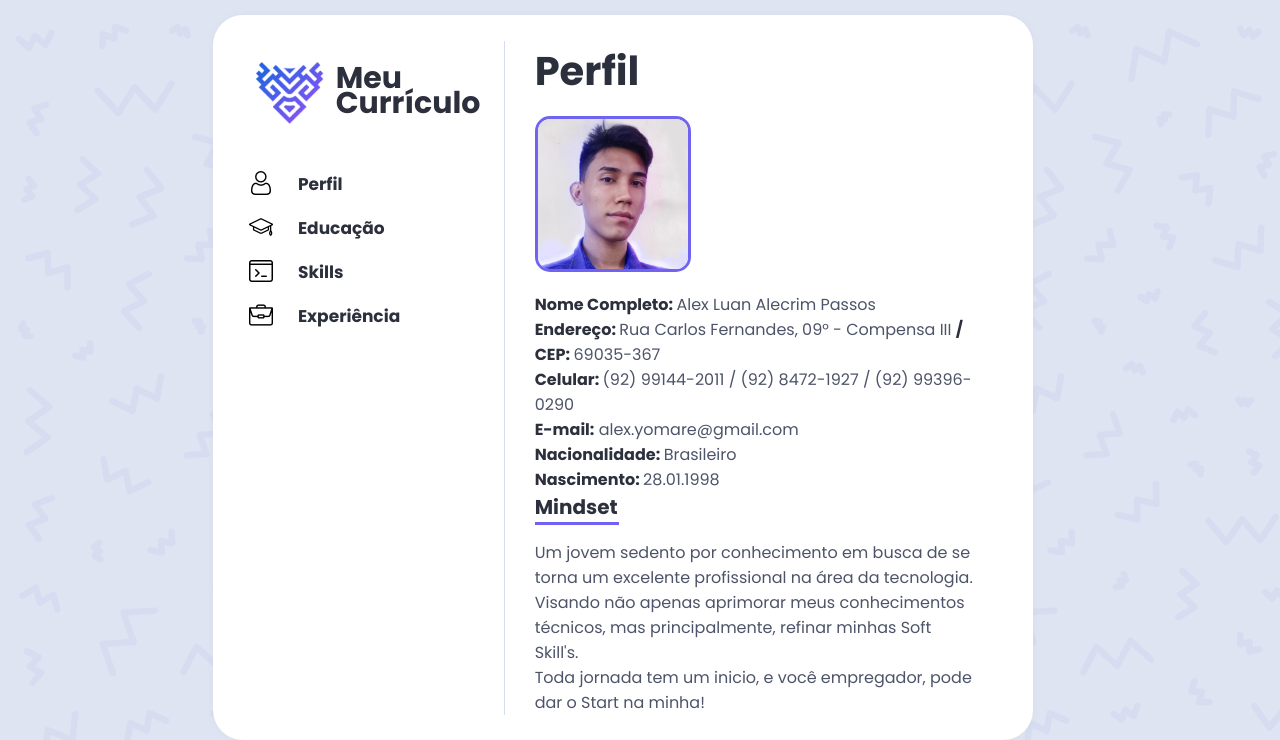
Repository: 4lex-passos/MeuPrimeiroSite
Page: index.html
An editor plug-in stored every save of this project. The page is shown before and after a run of saves, followed by the edit.
The browser window is 1280 px wide. The pictures show the whole page.

Above is the page before, as saved 2020-10-02 16:30:42.

After the next 4 saves:
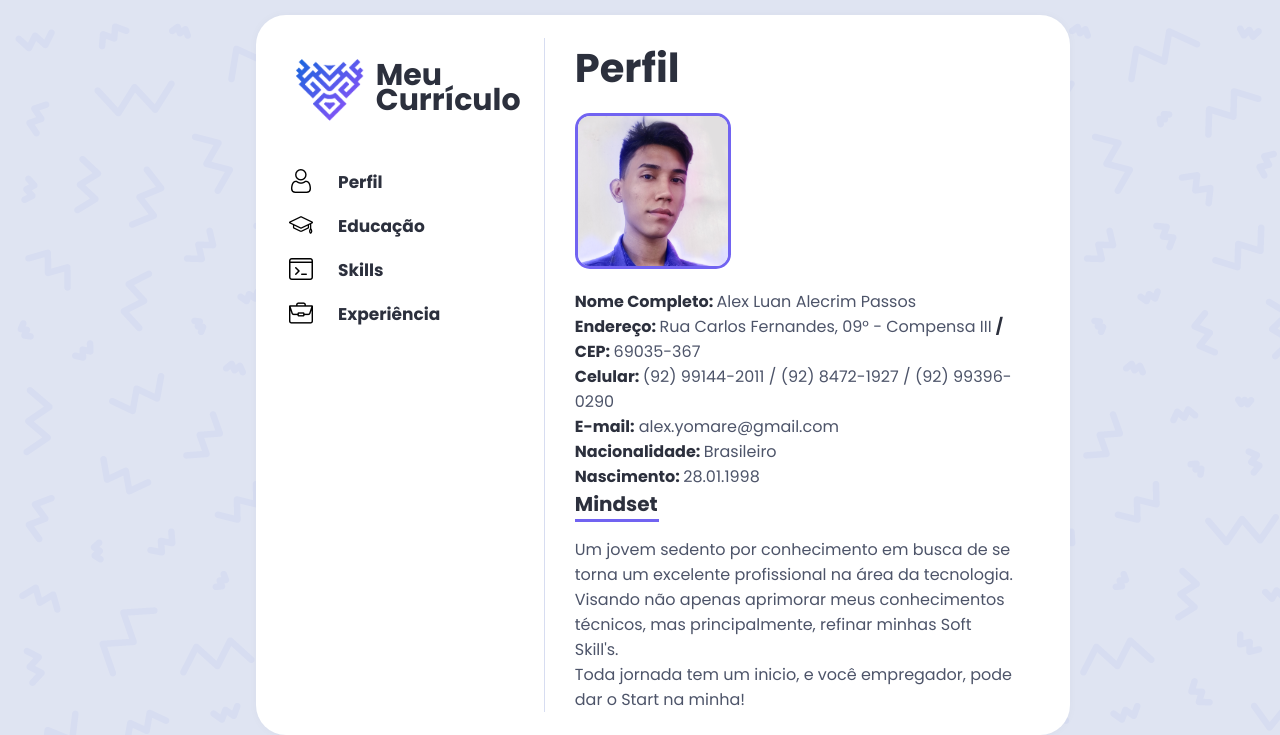
The 4 saves are shown as one change because they came seconds apart.
The last was saved 12 s later.
--- a/css/style.css
+++ b/css/style.css
@@ -25,7 +25,7 @@ body{
   height: 100vh;
 
   display: grid;
-  grid-template-columns: 1fr 4fr 1fr;
+  grid-template-columns: 1fr 1fr 1fr;
   grid-template-rows: 1fr 1fr 1fr;
   grid-template-areas:". . ."
                       ". b ."
